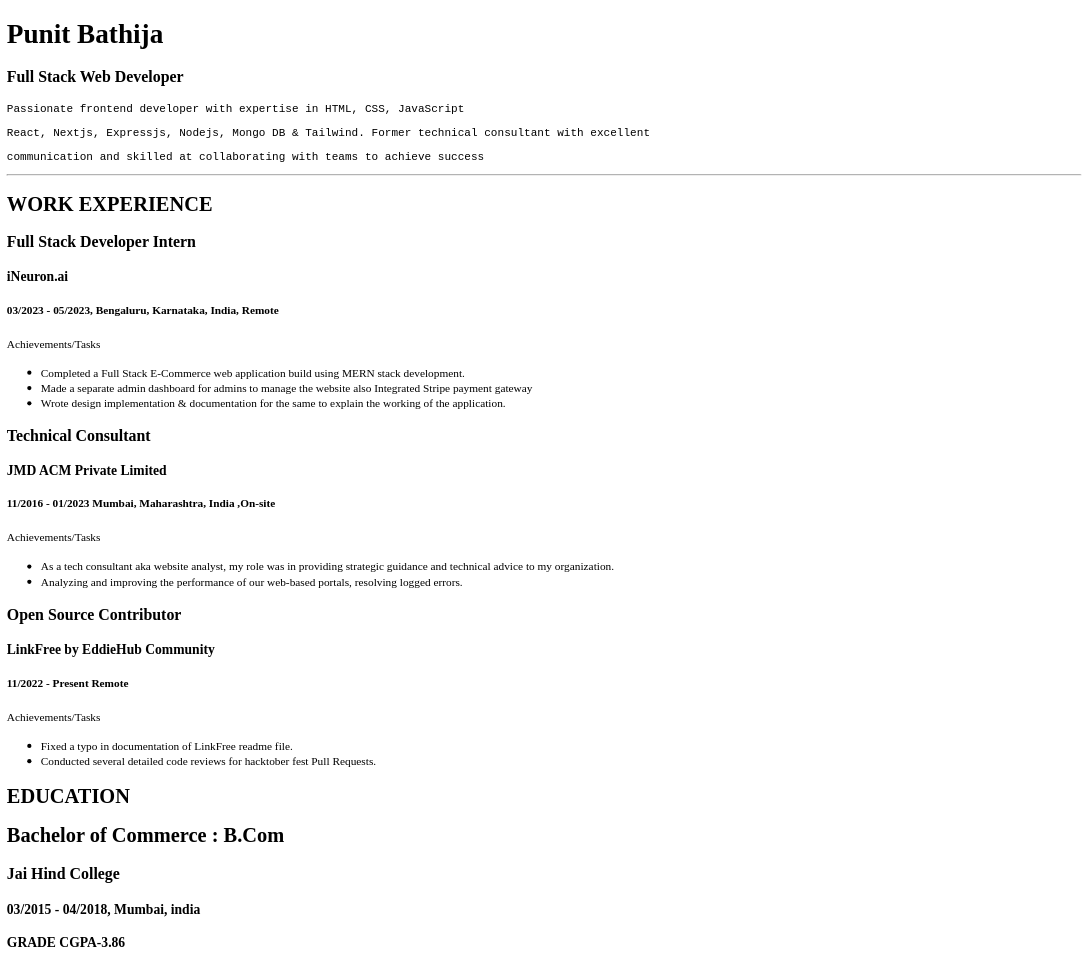
Repository: punitbathija/Placement-Assitance-iNeuron
Page: index.html
These files come from the project's save history. The page is drawn as it stood at one moment and after the next save; the edit follows.
The browser window is 1280 px wide. The pictures show the whole page, at 85% of full size.

Above is the page before, as saved 2023-05-18 12:26:17.

### index.html
<!DOCTYPE html>
<html lang="en">
  <head>
    <meta charset="UTF-8" />
    <meta http-equiv="X-UA-Compatible" content="IE=edge" />
    <meta name="viewport" content="width=device-width, initial-scale=1.0" />
    <title>Document</title>
  </head>
  <body>
    <header>
      <h1>Punit Bathija</h1>
      <h3>Full Stack Web Developer</h3>
      <pre>
Passionate frontend developer with expertise in HTML, CSS, JavaScript</pre
      >
      <pre>
React, Nextjs, Expressjs, Nodejs, Mongo DB & Tailwind. Former technical consultant with excellent</pre
      >
      <pre>
communication and skilled at collaborating with teams to achieve success</pre
      >
    </header>
    <hr />
    <section>
      <h1>WORK EXPERIENCE</h1>
      <div>
        <h3>Full Stack Developer Intern</h3>
        <h4>iNeuron.ai</h4>
        <h5>03/2023 - 05/2023, Bengaluru, Karnataka, India, Remote</h5>
        <small>Achievements/Tasks</small>
        <ul>
          <li>
            <small
              >Completed a Full Stack E-Commerce web application build using
              MERN stack development.</small
            >
          </li>
          <li>
            <small
              >Made a separate admin dashboard for admins to manage the website
              also Integrated Stripe payment gateway
            </small>
          </li>
          <li>
            <small
              >Wrote design implementation & documentation for the same to
              explain the working of the application.
            </small>
          </li>
        </ul>
      </div>
      <div>
        <h3>Technical Consultant</h3>
        <h4>JMD ACM Private Limited</h4>
        <h5>11/2016 - 01/2023 Mumbai, Maharashtra, India ,On-site</h5>
        <small>Achievements/Tasks</small>
        <ul>
          <li>
            <small
              >As a tech consultant aka website analyst, my role was in
              providing strategic guidance and technical advice to my
              organization.</small
            >
          </li>
          <li>
            <small
              >Analyzing and improving the performance of our web-based portals,
              resolving logged errors.
            </small>
          </li>
        </ul>
      </div>
      <div>
        <h3>Open Source Contributor</h3>
        <h4>LinkFree by EddieHub Community</h4>
        <h5>11/2022 - Present Remote</h5>
        <small>Achievements/Tasks</small>
        <ul>
          <li>
            <small
              >Fixed a typo in documentation of LinkFree readme file.</small
            >
          </li>
          <li>
            <small
              >Conducted several detailed code reviews for hacktober fest Pull
              Requests.
            </small>
          </li>
        </ul>
      </div>
    </section>
    <section>
      <h1>EDUCATION</h1>
      <div>
        <h2>Bachelor of Commerce : B.Com</h2>
        <h3>Jai Hind College</h3>
        <h4>03/2015 - 04/2018, Mumbai, india</h4>
        <h4>GRADE CGPA-3.86</h4>
      </div>
    </section>
  </body>
</html>

After the next save:
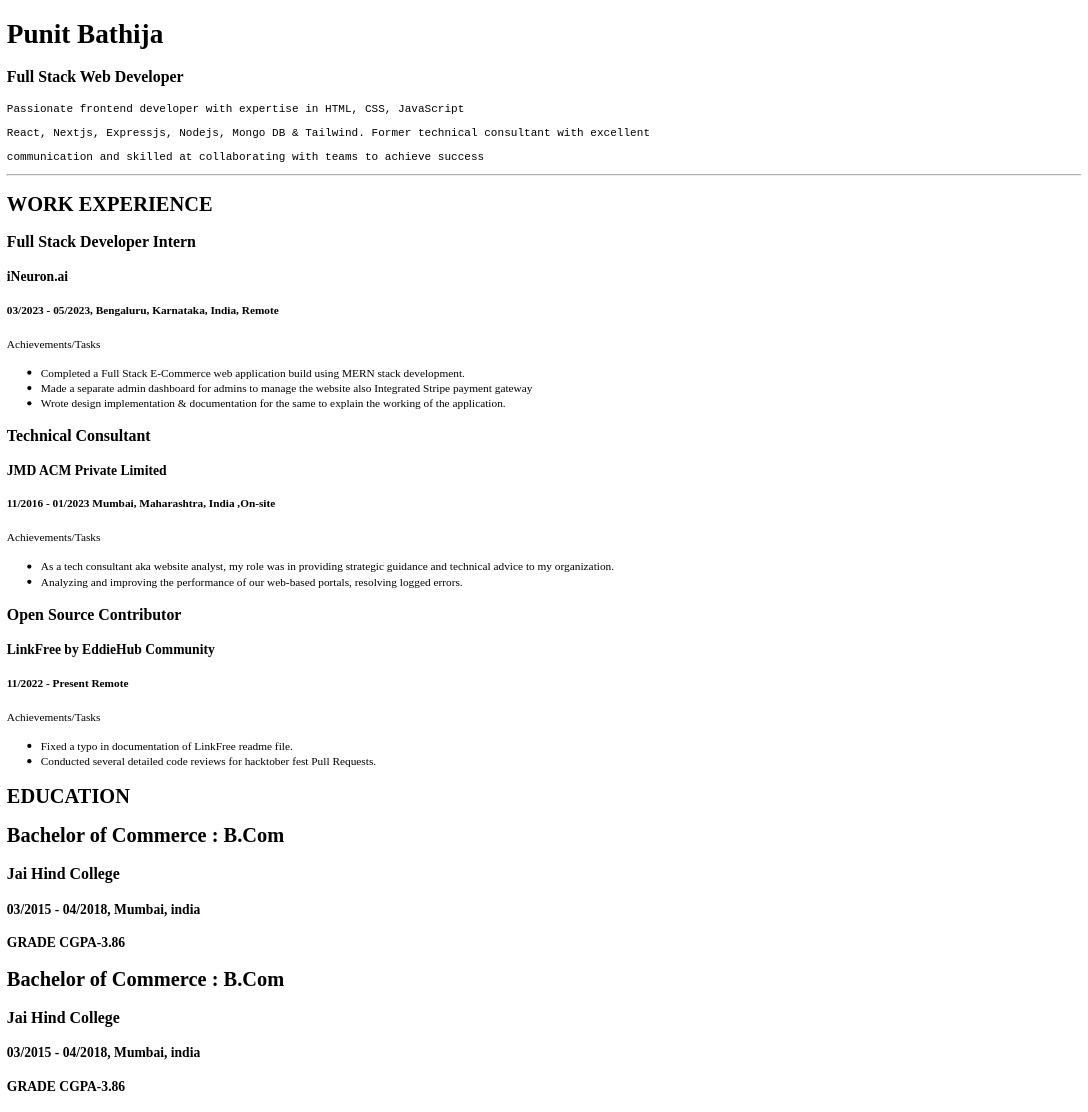
Saved 12 s later.
--- a/index.html
+++ b/index.html
@@ -98,6 +98,12 @@ communication and skilled at collaborating with teams to achieve success</pre
         <h4>03/2015 - 04/2018, Mumbai, india</h4>
         <h4>GRADE CGPA-3.86</h4>
       </div>
+      <div>
+        <h2>Bachelor of Commerce : B.Com</h2>
+        <h3>Jai Hind College</h3>
+        <h4>03/2015 - 04/2018, Mumbai, india</h4>
+        <h4>GRADE CGPA-3.86</h4>
+      </div>
     </section>
   </body>
 </html>
